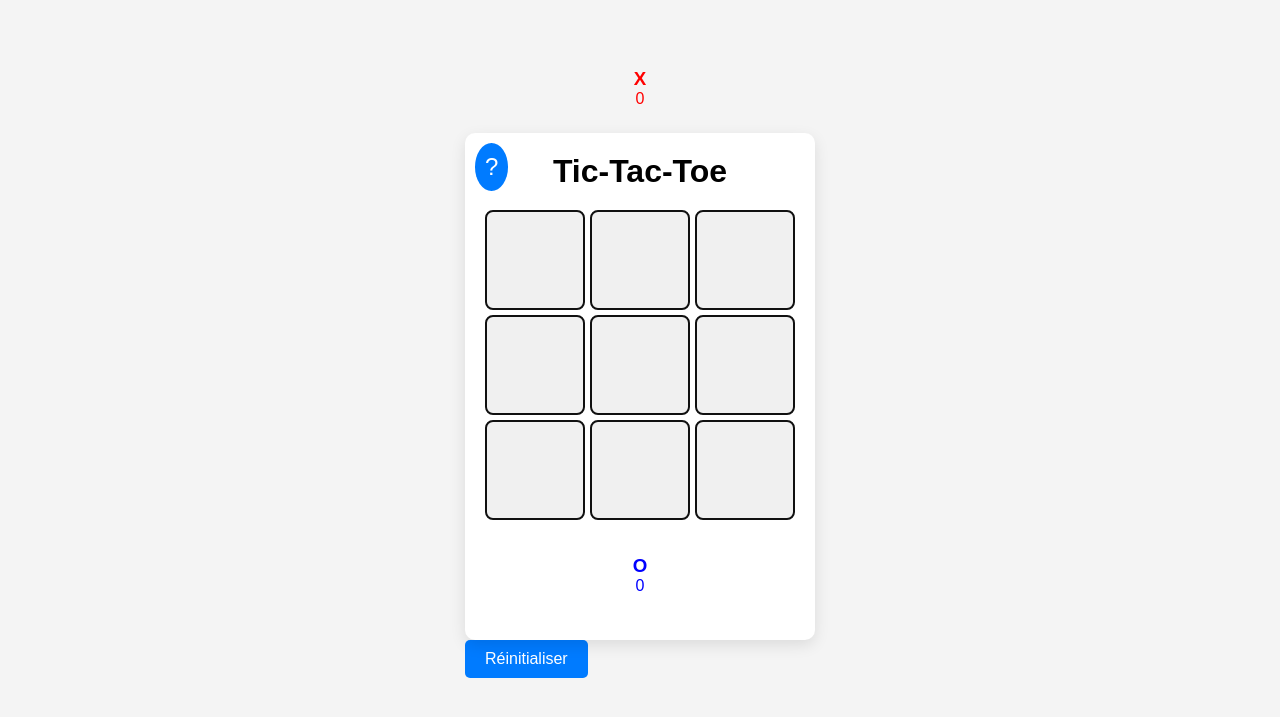
Repository: FTheo57/EvaluationGit
Page: index.html
The author's editor kept a copy of each file at every save. The page is drawn from the files as they stood at one save, then again after the next save.
The browser window is 1280 px wide. The pictures show the whole page.

Above is the page before, as saved 2025-03-10 16:39:27.

After the next save:
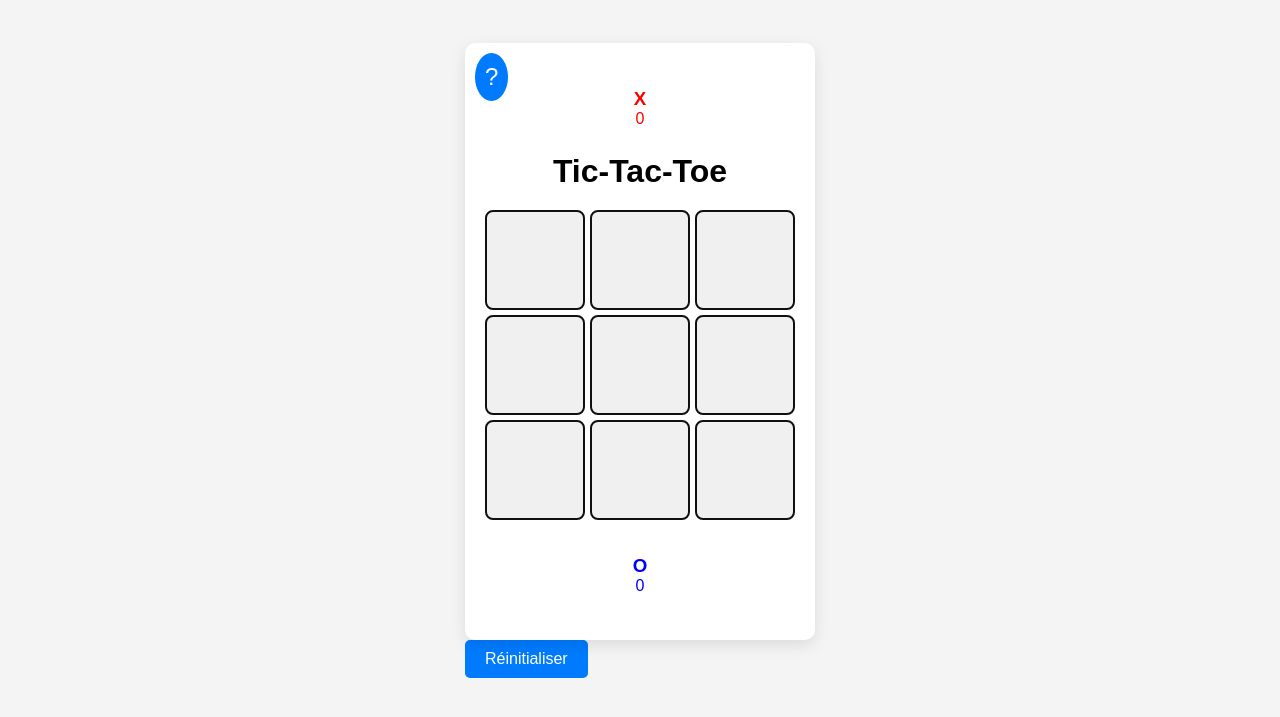
Saved 48 s later.
--- a/index.html
+++ b/index.html
@@ -4,34 +4,33 @@
     <meta charset="UTF-8">
     <meta name="viewport" content="width=device-width, initial-scale=1.0">
     <title>Tic-Tac-Toe</title>
-    <link rel="stylesheet" href="/css/styles.css"
+    <link rel="stylesheet" href="/css/styles.css">
 </head>
 <body>
     <div class="game-wrapper">
-
-        <div class="score-container" id="score-x">
-            <h3>X</h3>
-            <p id="score-x-value">0</p>
+        <div class="container">
+            <div class="score-container" id="score-x">
+                <h3>X</h3>
+                <p id="score-x-value">0</p>
+            </div>
+            <button class="rules-btn" id="rules-btn">?</button>
+            <h1>Tic-Tac-Toe</h1>
+            <div class="game-board" id="game-board">
+                <div class="cell" data-index="0"></div>
+                <div class="cell" data-index="1"></div>
+                <div class="cell" data-index="2"></div>
+                <div class="cell" data-index="3"></div>
+                <div class="cell" data-index="4"></div>
+                <div class="cell" data-index="5"></div>
+                <div class="cell" data-index="6"></div>
+                <div class="cell" data-index="7"></div>
+                <div class="cell" data-index="8"></div>
+            </div>
+            <div class="score-container" id="score-o">
+                <h3>O</h3>
+                <p id="score-o-value">0</p>
+            </div>
         </div>
-    <div class="container">
-        <button class="rules-btn" id="rules-btn">?</button>
-        <h1>Tic-Tac-Toe</h1>
-        <div class="game-board" id="game-board">
-            <div class="cell" data-index="0"></div>
-            <div class="cell" data-index="1"></div>
-            <div class="cell" data-index="2"></div>
-            <div class="cell" data-index="3"></div>
-            <div class="cell" data-index="4"></div>
-            <div class="cell" data-index="5"></div>
-            <div class="cell" data-index="6"></div>
-            <div class="cell" data-index="7"></div>
-            <div class="cell" data-index="8"></div>
-        </div>
-        <div class="score-container" id="score-o">
-            <h3>O</h3>
-            <p id="score-o-value">0</p>
-        </div>
-    </div>
         <button id="reset">Réinitialiser</button>
         <div class="popup" id="popup">
             <div class="popup-content">
@@ -46,8 +45,6 @@
             </div>
         </div>
     </div>
-
-
     <script src="/js/script.js"></script>
 </body>
 </html>
